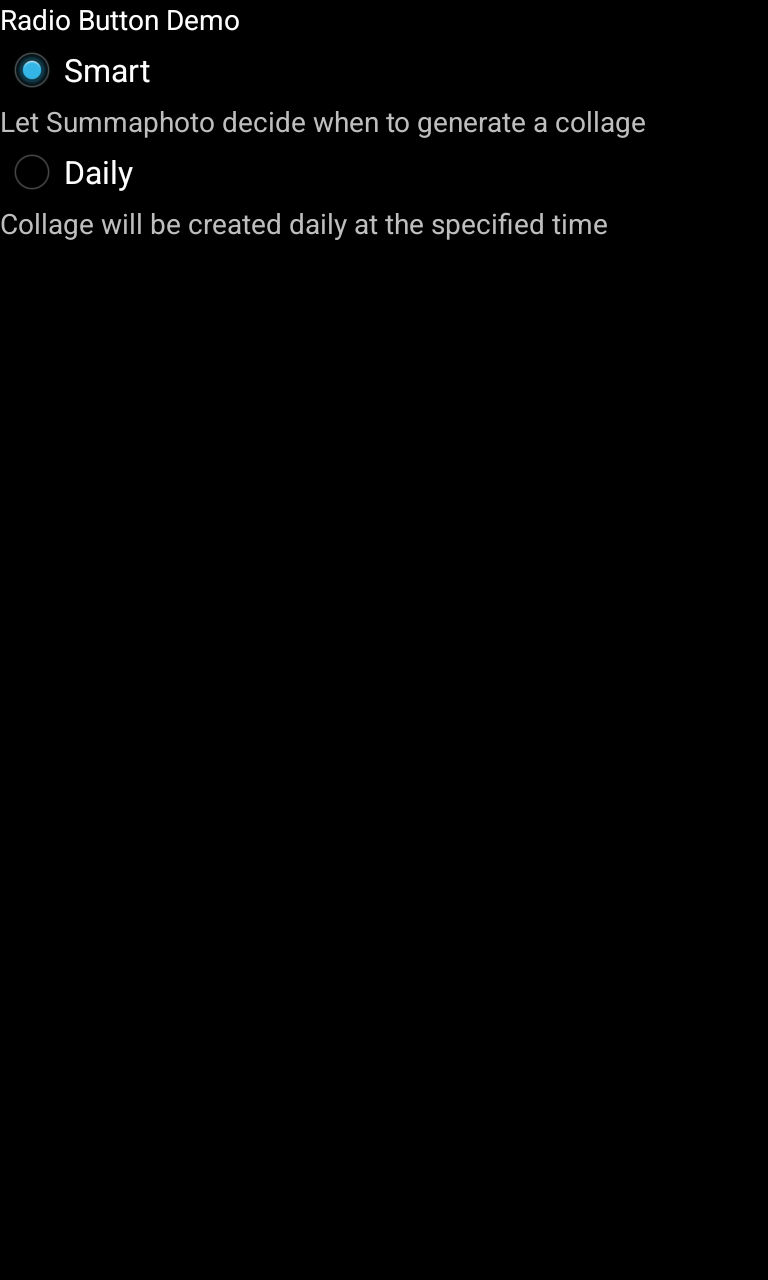
Repository: ulugbekjs/SummaPhoto
Layout: Workshop/res/layout/activity_settings.xml
An editor plug-in stored every save of this project. The layout is shown before and after a run of saves, followed by the edit.
It is drawn on a 768 x 1280 px phone screen (xhdpi) without system bars, with theme SummaPhotoTheme; the app's code is not run.

Above is the layout before, as saved 2013-08-12 12:04:40.

### Workshop/res/layout/activity_settings.xml
<LinearLayout xmlns:android="http://schemas.android.com/apk/res/android"
    xmlns:tools="http://schemas.android.com/tools"
    android:layout_width="match_parent"
    android:layout_height="match_parent"
    android:orientation="vertical"
    tools:context=".SettingsActivity" >

    <TextView
        android:layout_width="wrap_content"
        android:layout_height="wrap_content"
        android:text="Radio Button Demo"
        android:textColor="#ffffff" />

    <RadioGroup
        android:id="@+id/radioMode"
        android:layout_width="wrap_content"
        android:layout_height="wrap_content" >

        <RadioButton
            android:id="@+id/radioSmart"
            android:layout_width="wrap_content"
            android:layout_height="wrap_content"
            android:checked="true"
            android:text="@string/Smart" />

        <TextView android:text="@string/SmartDescription" />

        <RadioButton
            android:id="@+id/radioDaily"
            android:layout_width="wrap_content"
            android:layout_height="wrap_content"
            android:text="@string/Daily" />

        <TextView android:text="@string/DailyDescription" />
    </RadioGroup>

</LinearLayout>

### Workshop/res/values-v11/themes.xml
<?xml version="1.0" encoding="utf-8"?>
<resources>
     <style name="SummaPhotoTheme" parent="@android:style/Theme.Holo">
        <!-- Any customizations for your app running on 3.0+ devices here -->
    </style>
</resources>

### Workshop/res/values-v14/themes.xml
<?xml version="1.0" encoding="utf-8"?>
<resources>
    <style name="SummaPhotoTheme" parent="@android:style/Theme.Holo.NoActionBar.Fullscreen">
        <!-- Any customizations for your app running on 4.0+ devices here -->
    </style>
</resources>

### Workshop/res/values/themes.xml
<?xml version="1.0" encoding="utf-8"?>
<resources>
     <style name="SummaPhotoTheme" parent="@android:style/Theme.Dark.NoTitleBar">
        <!-- Any customizations for your app running on pre-3.0 devices here -->
    </style>
</resources>

### Workshop/res/values/strings.xml
<?xml version="1.0" encoding="utf-8"?>
<resources>

    <string name="app_name">Aworkshop</string>
    <string name="action_settings">Settings</string>
    <string name="hello_world">Hello world!</string>
    <string name="title_activity_settings">SettingsActivity</string>
    <string name="Smart">Smart</string>
    <string name="Daily">Daily</string>
    <string name="SmartDescription">Let Summaphoto decide when to generate a collage</string>
    <string name="DailyDescription">Collage will be created daily at the specified time</string>
    <string name="Mode">Mode</string>

</resources>

After the next 2 saves:
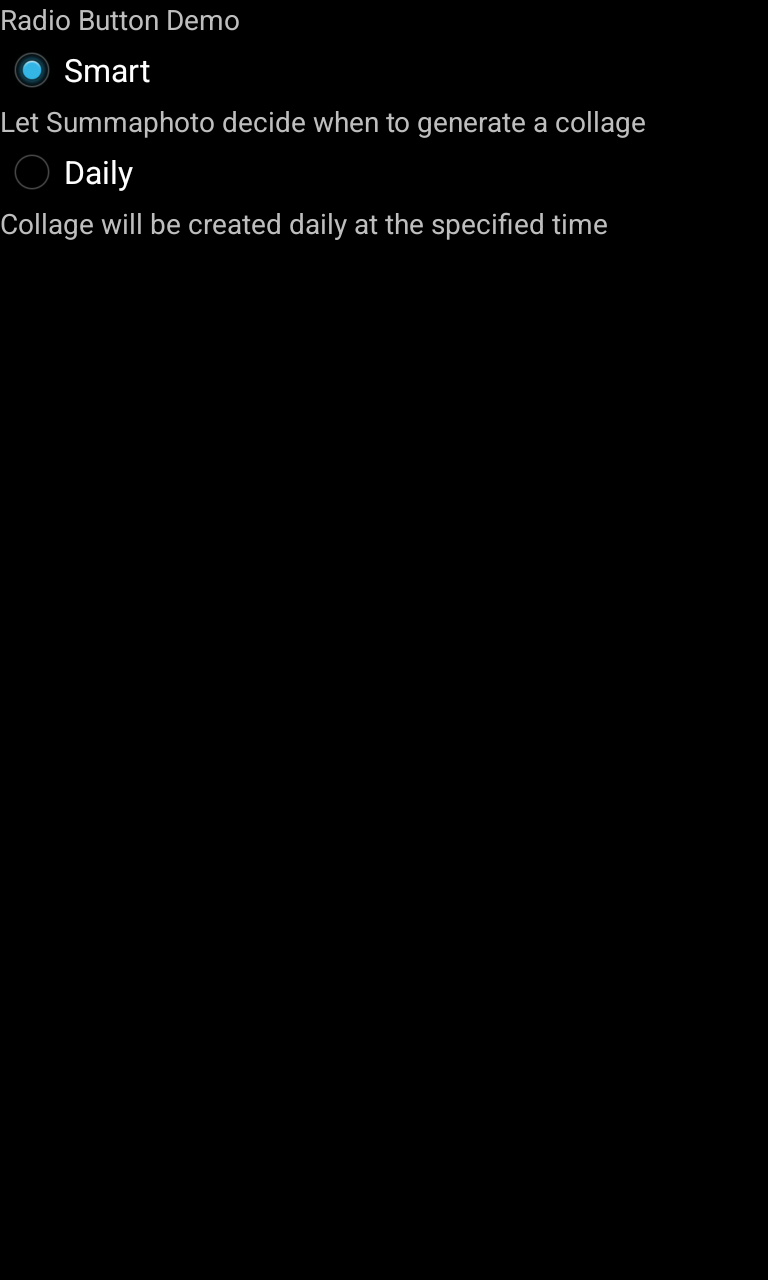
The 2 saves are shown as one change because 1 did not build or start.
The last was saved 22 s later.
--- a/Workshop/res/layout/activity_settings.xml
+++ b/Workshop/res/layout/activity_settings.xml
@@ -8,8 +8,7 @@
     <TextView
         android:layout_width="wrap_content"
         android:layout_height="wrap_content"
-        android:text="Radio Button Demo"
-        android:textColor="#ffffff" />
+        android:text="Radio Button Demo" />
 
     <RadioGroup
         android:id="@+id/radioMode"
